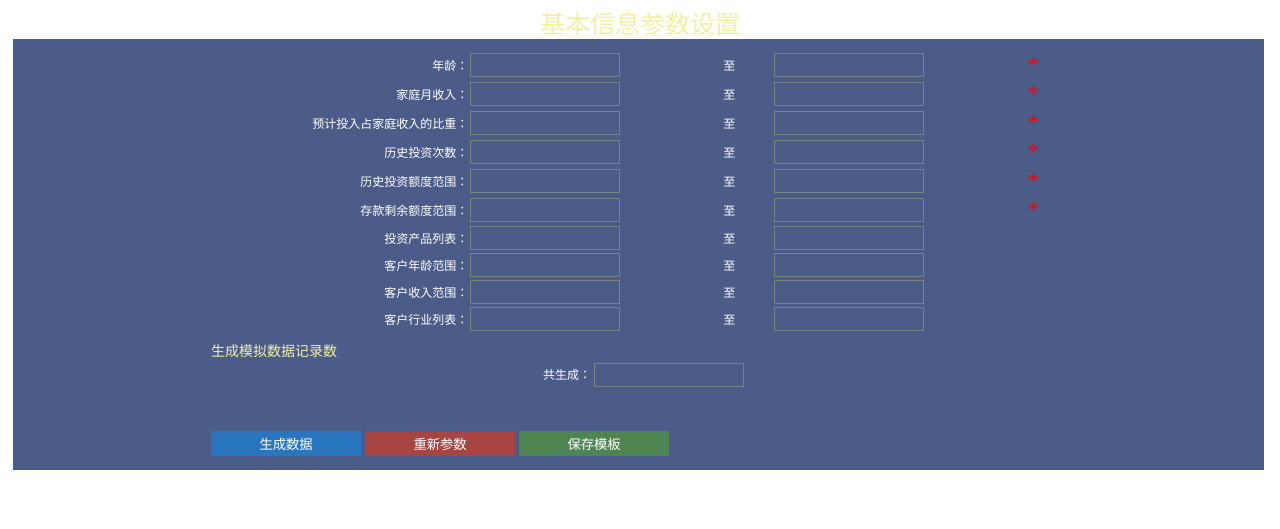
Repository: trieyouth/BigData
Page: http://localhost/BigData/WEB-INF/views/invesr-client-perference-analyse-system/data-collect/generateData.jsp
These files come from the project's save history. The page is drawn as it stood at one moment and after the next save; the edit follows.
The browser window is 1280 px wide. The pictures show the whole page.
The page is served by Tomcat 9. Nobody is signed in. Other server files are loaded and not shown. The template is opened directly, without the code that normally fills it, so the values that code supplies are empty.

Above is the page before, as saved 2016-03-13 12:30:08.

### BigData/WebRoot/WEB-INF/views/invesr-client-perference-analyse-system/data-collect/generateData.jsp
<%@page language="java" import="java.util.*" pageEncoding="UTF-8"%>
<%@taglib prefix="c" uri="http://java.sun.com/jsp/jstl/core"%>

<!DOCTYPE HTML PUBLIC "-//W3C//DTD HTML 4.01 Transitional//EN">
<html>
  <head>
    <title>生成数据</title>
	<meta http-equiv="pragma" content="no-cache">
	<meta http-equiv="cache-control" content="no-cache">
	<meta http-equiv="expires" content="0">
	<meta http-equiv="keywords" content="keyword1,keyword2,keyword3">
	<meta http-equiv="description" content="This is my page">
	<link rel="stylesheet" type="text/css" href='<c:url value="/css/mycss.css"/>'>
  </head>

   <body>
   <div style="height:4px; width:100%;"></div>
 <form name="frm" method="post" action="/icpas/index/dataCollect/generateData">
   <div style="height:35px; width:70%; text-align: center;"><label id="labelhead" style="font-size: 25px;">基本信息参数设置</label></div>
  <div id="lightcolor">
    <table frame="void" width="70%" height="25">
      <tr>
        <td width="30%" height="25" style="text-align:right"><label id="labelbody"> 年龄： </label></td>
        <td width="25%" height="25"><label id="labelbody">
            <input type="text" id="inputwidth" name="minAge"></label></td>
        <td width="10%" height="25" style="text-align:center"><label id="labelbody"> 至 </label></td>
        <td width="25%" height="25"><label id="labelbody">
            <input type="text" id="inputwidth" name="maxAge"> </label></td>
        <td width="10%" height="25" style="text-align:center"><label id="labelbody1">*</label></td>
      </tr>
      <tr>
        <td width="30%" height="25" style="text-align:right"><label id="labelbody"> 家庭月收入： </label></td>
        <td width="25%" height="25"><label id="labelbody">
            <input type="text" id="inputwidth" name="minMonthlyIncome">  </label></td>
        <td width="10%" height="25" style="text-align:center"><label id="labelbody"> 至 </label></td>
        <td width="25%" height="25"><label id="labelbody">
            <input type="text" id="inputwidth" placeholder="" name="maxMonthlyIncome"> </label></td>
        <td width="10%" height="25" style="text-align:center"><label id="labelbody1">*</label></td>
      </tr>
      <tr>
        <td width="30%" height="25" style="text-align:right"><label id="labelbody"> 预计投入占家庭收入的比重： </label></td>
        <td width="25%" height="25"><label id="labelbody">
            <input type="text" id="inputwidth" placeholder="" name="minProportionOfIncome"> </label></td>
        <td width="10%" height="25" style="text-align:center"><label id="labelbody"> 至 </label></td>
        <td width="25%" height="25"><label id="labelbody">
            <input type="text" id="inputwidth" placeholder="" name="maxProportionOfIncome"> </label></td>
        <td width="10%" height="25" style="text-align:center"><label id="labelbody1">*</label></td>
      </tr>
       <tr>
        <td width="30%" height="25" style="text-align:right"><label id="labelbody"> 历史投资次数： </label></td>
        <td width="25%" height="25"><label id="labelbody">
            <input type="text" id="inputwidth" name="minHistoricalInvestment"></label></td>
        <td width="10%" height="25" style="text-align:center"><label id="labelbody"> 至 </label></td>
        <td width="25%" height="25"><label id="labelbody">
            <input type="text" id="inputwidth" name="maxHistoricalInvestment"> </label></td>
        <td width="10%" height="25" style="text-align:center"><label id="labelbody1">*</label></td>
      </tr>
       <tr>
        <td width="30%" height="25" style="text-align:right"><label id="labelbody"> 历史投资额度范围： </label></td>
        <td width="25%" height="25"><label id="labelbody">
            <input type="text" id="inputwidth" name="minHistoricalInvestmentScope"></label></td>
        <td width="10%" height="25" style="text-align:center"><label id="labelbody"> 至 </label></td>
        <td width="25%" height="25"><label id="labelbody">
            <input type="text" id="inputwidth" name="maxHistoricalInvestmentScope"> </label></td>
        <td width="10%" height="25" style="text-align:center"><label id="labelbody1">*</label></td>
      </tr>
       <tr>
        <td width="30%" height="25" style="text-align:right"><label id="labelbody"> 存款剩余额度范围： </label></td>
        <td width="25%" height="25"><label id="labelbody">
            <input type="text" id="inputwidth" name="minResidualScopeOfDeposit"></label></td>
        <td width="10%" height="25" style="text-align:center"><label id="labelbody"> 至 </label></td>
        <td width="25%" height="25"><label id="labelbody">
            <input type="text" id="inputwidth" name="maxResidualScopeOfDeposit"> </label></td>
        <td width="10%" height="25" style="text-align:center"><label id="labelbody1">*</label></td>
      </tr>
       <tr>
        <td width="30%" height="25" style="text-align:right"><label id="labelbody"> 投资产品列表： </label></td>
        <td width="25%" height="25"><label id="labelbody">
            <input type="text" id="inputwidth" name="minListOfInvestmentProducts"></label></td>
        <td width="10%" height="25" style="text-align:center"><label id="labelbody"> 至 </label></td>
        <td width="25%" height="25"><label id="labelbody">
            <input type="text" id="inputwidth" name="maxListOfInvestmentProducts"> </label></td>
        <td width="10%" height="25" style="text-align:center"><label id="labelbody"></label></td>
      </tr>
       <tr>
        <td width="30%" height="25" style="text-align:right"><label id="labelbody"> 客户年龄范围： </label></td>
        <td width="25%" height="25"><label id="labelbody">
            <input type="text" id="inputwidth" name="minCustomerAgeRange"></label></td>
        <td width="10%" height="25" style="text-align:center"><label id="labelbody"> 至 </label></td>
        <td width="25%" height="25"><label id="labelbody">
            <input type="text" id="inputwidth" name="maxCustomerAgeRange"> </label></td>
        <td width="10%" height="25" style="text-align:center"><label id="labelbody"></label></td>
      </tr>
       <tr>
        <td width="30%" height="25" style="text-align:right"><label id="labelbody"> 客户收入范围： </label></td>
        <td width="25%" height="25"><label id="labelbody">
            <input type="text" id="inputwidth" name="minCustomerIncomeRange"></label></td>
        <td width="10%" height="25" style="text-align:center"><label id="labelbody"> 至 </label></td>
        <td width="25%" height="25"><label id="labelbody">
            <input type="text" id="inputwidth" name="maxCustomerIncomeRange"> </label></td>
        <td width="10%" height="25" style="text-align:center"><label id="labelbody"> </label></td>
      </tr>
       <tr>
        <td width="30%" height="25" style="text-align:right"><label id="labelbody"> 客户行业列表： </label></td>
        <td width="25%" height="25"><label id="labelbody">
            <input type="text" id="inputwidth" name="minListOfCustomersIndustry"></label></td>
        <td width="10%" height="25" style="text-align:center"><label id="labelbody"> 至 </label></td>
        <td width="25%" height="25"><label id="labelbody">
            <input type="text" id="inputwidth" name="maxListOfCustomersIndustry"> </label></td>
        <td width="10%" height="25" style="text-align:center"><label id="labelbody"> </label></td>
      </tr>
      <tr>
      <td colspan="5" style="height:5px"></td>
      </tr>
      <tr>
      <td colspan="5" style="height:20px"> <label id="labelhead">生成模拟数据记录数</label></td>
      </tr>
      <tr>
        <td style="width:60%;height:25px;text-align:center;" colspan="5"><label id="labelbody"><label id="labelbody"> 共生成： </label>
            <input type="text" id="inputwidth" name="gerenalRecord"></label></td>
        </tr>
      <tr>
      <td colspan="5" style="height:5px"></td>
      </tr>
       <tr>
      <td colspan="5" style="height:30px">${OperateStatus}</td>
      </tr>
      <tr>
      <td colspan="5" style="height:30px">
      <button id="button1style" type="submit" onclick="ClickGenerateData()">生成数据</button>
    <!--点击此按钮后台获得参数-->
    <button type="Reset" id="button2style">重新参数</button>
    <button type="submit" id="button3style" onclick="ClickSaveForTemplate()">保存模板</button>
      </td>
      </tr>
    </table>
  </div>
</form>
<script src='<c:url value="/js/system1formchick.js"/>'></script>
  </body>
  <script language="javascript" type="text/javascript">
  function ClickGenerateData(){
        document.frm.action="<c:url value="/icpas/index/dataCollect/generateData"/>";
        document.frm.submit();
   }
  function ClickSaveForTemplate(){
      document.frm.action="<c:url value="/icpas/index/dataCollect/saveAsTemplate"/>";
      document.frm.submit();
 }
  </script>
</html>

### BigData/WebRoot/WEB-INF/resources/css/mycss.css
@charset "utf-8";
/* CSS Document */
*{
	padding:0px;
	margin:0px auto;
	border:0px;
}
#continaer{
	margin: 0px auto;
	width:80%;
	height:750px;
	//min-height:700px;
	background-color:rgb(18,24,48);
	padding:5px;
	border:0;
	}
#header{
	height:20%;
	width:100%;
	margin:0 auto;
	padding:0;
	border:0;
	background-color:rgb(76,93,137);}
    hr{ margin-top:0;
	margin-bottom:0;}

#bod{
	height:80%;
	width:100%;
	margin-top:0%;
	padding:0;
	background-color:rgb(76,93,137);
	}
#leftbody{
	margin:0;
	padding:0;
	border:0;
	width:20%;
	height:100%;
	background-color:rgb(18,24,48);
	float:left;
	}
#rightbody{
	margin:0;
	padding:0;
	border:0;
	width:80%;
	height:100%;
	background-color:rgb(49,69,120);
	float:left;}
#navhead{
	width:100%;
	height:50px;
	border:0;
	margin:0;
	padding:0;
	background:rgb(49,69,120);}

#hrc{
	margin-top:0;}
.nav ul {
	width:100%;
	height: 50px;
	padding: 0;
	margin-top:0;
}
.nav ul li {
	float: left;
	list-style: none;
}
.nav ul li a {
	width: 145px;
	height: 41px;
	line-height: 41px;
	background: rgb(49,69,120);
	color: #000;
	font-size: 14px;
	display: block;
	text-align: center;
	text-decoration: none;
	font-size: 16px;
	font-family:Microsoft YaHei;
	color:#FFF;
}
.nav ul li a:hover {
	width: 145px;
	height: 41px;
	line-height: 41px;
	border: 1px solid rgb(49,69,120);
	color: #000;
}

.meau ul {
	width: 100%;
	padding: 0;
	margin-top: 0;
}
.meau ul li {
	list-style: none;
}
.meau ul li a {
	width: 100%;
	height: 41px;
	line-height: 41px;
	background: rgb(28,40,82);
	color: #000;
	font-size: 14px;
	display: block;
	text-align: center;
	text-decoration: none;
	font-size: 16px;
	font-family: Microsoft YaHei;
	color: #FFF;
}
.meau ul li a:hover {
	width: 100%;
	height: 41px;
	line-height: 41px;
	border: 1px solid rgb(49,69,120);
	color: #FFF;
	background-color: rgb(18,24,48);
}
#lightcolor {
	width: 97%;
	margin-left:1%;
	background-color: #4B5C88;
	padding-top: 10px;
	padding-bottom: 10px;
	padding-left: 10px;
	border: 0;
}

#lighttable {
	width: 96%;

	padding-left:10px;
	margin-left:1%;
	background-color: #4B5C88;
	border:0;
}


#buttoncon{
	width: 97%;
	margin-left:1%;
	padding:0;
	border:0;
}
#labelhead {
	color: #F1F1A4;
	font-size: 14px;
	font-family: Microsoft YaHei;
}
#labelbody {
	color: #FFF;
	font-size: 12px;
	font-family: Microsoft YaHei;
}
/* the style of * */
#labelbody1 {

	font-size: 24px;
	color:red;
}
/*the style of input【text】 */
#inputwidth {
	width: 150px;
	height: 24px;
	background: Transparent;
	border: 1px solid #788587;
}
.cell{
	border-right:#7785A8 solid 1px;
	}

/* the style of Button */
#button1style{
	width:150px ;
	height:25px;
	background:#2976BE;
	border:0;
	color:#FFF;
	font-family: Microsoft YaHei;
}
/* the style of Button */
#button2style{
    width: 150px;
	height: 25px;
	background: #A74544;
	border: 0;
	color: #FFF;
	font-family: Microsoft YaHei;
}
/* the style of Button */
#button3style{
    width:150px ;
    height:25px;
    background:#4F8553;
    border:0;
    color:#FFF;
    font-family: Microsoft YaHei;
}
.submitfile{
	width:150px;
	height:25px;
	background-color:#4F8553;
	color:#FFF;
	margin-left:3px;}
.choicefile{
	width:150px;
	height:25px;
	background-color:#2976BE;
	color:#FFF;
	margin-right:3px;
	}
.filepath{
	width:310px;
	border:1px solid #OFC;
	height:25px;
	line-height:25px;
	overflow:hidden;
	color:#000;}

Loaded but not shown: BigData/WebRoot/WEB-INF/resources/js/system1formchick.js (common file)

After the next save:
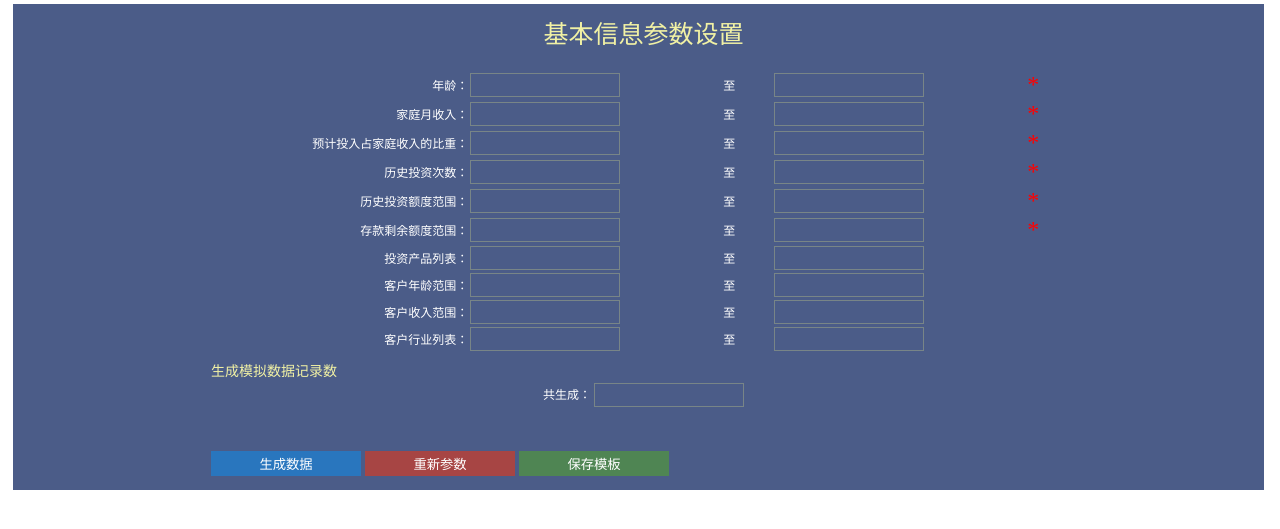
Saved 3 min 8 s later.
--- a/BigData/WebRoot/WEB-INF/views/invesr-client-perference-analyse-system/data-collect/generateData.jsp
+++ b/BigData/WebRoot/WEB-INF/views/invesr-client-perference-analyse-system/data-collect/generateData.jsp
@@ -16,7 +16,9 @@
    <body>
    <div style="height:4px; width:100%;"></div>
  <form name="frm" method="post" action="/icpas/index/dataCollect/generateData">
+  <div id="lightcolor">
    <div style="height:35px; width:70%; text-align: center;"><label id="labelhead" style="font-size: 25px;">基本信息参数设置</label></div>
+  </div>
   <div id="lightcolor">
     <table frame="void" width="70%" height="25">
       <tr>
